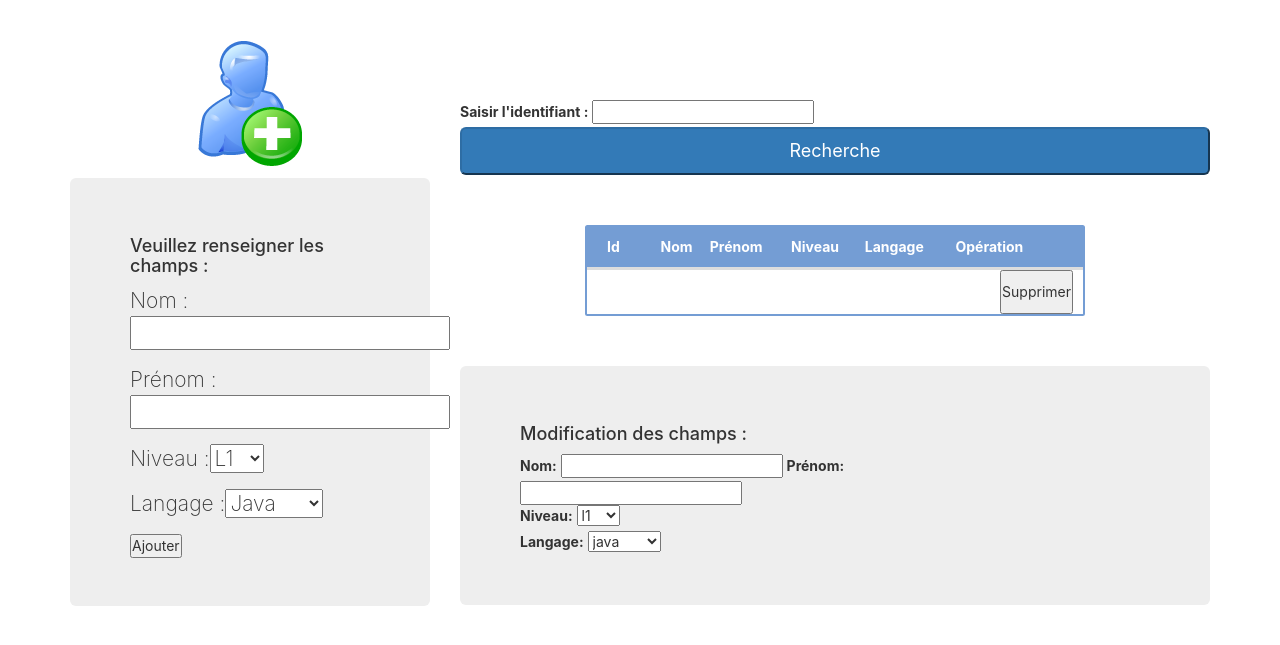
Repository: imouahrani/Gestion-des-stagiaires_JAVAEE
Page: http://localhost/Espace_Stagiaire/TraiteAjout
These files come from the project's save history. The page is drawn as it stood at one moment and after the next save; the edit follows.
The browser window is 1280 px wide. The pictures show the whole page.
The page is served by Tomcat 9. Other server files are loaded and not shown. Queries for data that is not in the repository find no rows.

Above is the page before, as saved 2018-07-26 14:02:41.

### Formation Java Entreprise Edition/Espace Stagiaire/WebContent/AjoutStagiaire.jsp
<%@page import="dz.espacestagiaire.bean.Stagiaire"%>
<%@page import="dz.espacestagiaire.servlet.TraiteStagiaire"%>
<%@page import="java.util.List"%>
<%@ page language="java" contentType="text/html; charset=UTF-8"
	pageEncoding="UTF-8"%>
<!DOCTYPE html PUBLIC "-//W3C//DTD HTML 4.01 Transitional//EN" "http://www.w3.org/TR/html4/loose.dtd">

<html lang="en">
<head>
<meta http-equiv="X-UA-Compatible" content="IE=edge">
<meta name="viewport" content="width=device-width, initial-scale=1">
<!-- The above 3 meta tags *must* come first in the head; any other head content must come *after* these tags -->
<title>Bootstrap 101 Template</title>

<!-- Bootstrap -->
<link href="Assets/css/bootstrap.min.css" rel="stylesheet">
<link href="Assets/css/extable.css" rel="stylesheet">
<!-- HTML5 shim and Respond.js for IE8 support of HTML5 elements and media queries -->
<!-- WARNING: Respond.js doesn't work if you view the page via file:// -->
<!--[if lt IE 9]>
      <script src="https://oss.maxcdn.com/html5shiv/3.7.3/html5shiv.min.js"></script>
      <script src="https://oss.maxcdn.com/respond/1.4.2/respond.min.js"></script>
    <![endif]-->
</head>
<body>
	<br>
	<br>
	<div class="container">
		<div class="row">
			<div class="col-md-4">
				<div class="text-center">
					<p>
						<img src="Images/add-user.png">
					</p>
				</div>
				<div class="jumbotron">
					<h4>Veuillez renseigner les champs :</h4>
					<form action="TraiteAjout" method="post">
						<p>
							Nom :<input type="text" name="nomstg" />
						</p>
						<p>
							Prénom :<input type="text" name="prenomstg" />
						</p>
						<p>
							Niveau :<select name="niveau">
								<option>L1</option>
								<option>L2</option>
								<option>L3</option>
								<option>M1</option>
								<option>M2</option>
							</select>
						</p>
						<p>
							Langage :<select name="langage">
								<option>Java</option>
								<option>Android</option>
								<option>Java EE</option>
							</select>
						</p>
						<input type="submit" value="Ajouter" name="ajouter" />
					</form>

				</div>
			</div>
			<div class="col-md-8">
				<br> <br> <br>
				<form action="TraiteRecherche" method="post">
					<label>Saisir l'identifiant : </label> <input type="number"
						name="recherche" />
					<button class="btn-lg btn-primary btn-block" type="submit"
						name="rechercher" value="rechercher">Recherche</button>
					<table>
						<thead>
							<tr>
								<th>Id</th>
								<th>Nom</th>
								<th>Prénom</th>
								<th>Niveau</th>
								<th>Langage</th>
								<th>Opération</th>
							</tr>
						</thead>
						<tbody>
							<tr>
								<%
									Stagiaire stg = (Stagiaire) request.getAttribute("i");
								%>
								<td>${i.idstg }</td>
								<td>${i.nomstg }</td>
								<td>${i.prenomstg }</td>
								<td>${i.niveau }</td>
								<td>${i.langage }</td>


								<td>

									<form action="TraiteRecherche" method="post">

										<input type="hidden" name="idstg" value="${i.idstg }">
										<input type="hidden" name="supprimer" value="supprimer">





									</form> <input type="submit" name="supprimer" value="Supprimer" />
								</td>
							</tr>
						</tbody>
					</table>
				</form>

				<div class="jumbotron">
					<h4>Modification des champs :</h4>
					<form action="TraiteRecherche" method="post">


						<label>Nom:</label> <input type="text" name="nomstg" value="${i.nomstg}"> <label>Prénom:</label><br>
						<input type="text" name="prenomstg" value ="${i.prenomstg }"><br>


						<label>Niveau:</label>
						<select name ="niveau">
						<option>l1</option>
						<option>l2</option>
						<option>l3</option>
						<option>m1</option>
						<option>m2</option>





						</select><br>


						 <label>Langage:</label>
						<select type="text" name="langage">
						<option>java</option>
						<option>android</option>
						<option>javaee</option>
						</select><br>





					</form>


				</div>
			</div>
		</div>
	</div>

	<!-- jQuery (necessary for Bootstrap's JavaScript plugins) -->
	<script
		src="https://ajax.googleapis.com/ajax/libs/jquery/1.12.4/jquery.min.js"></script>
	<!-- Include all compiled plugins (below), or include individual files as needed -->
	<script src="Assets/js/bootstrap.min.js"></script>
</body>
</html>

### Formation Java Entreprise Edition/Espace Stagiaire/src/dz/espacestagiaire/servlet/TraiteAjout.java
package dz.espacestagiaire.servlet;
import dz.espacestagiaire.modele.*;


import java.io.IOException;

import javax.servlet.ServletException;
import javax.servlet.http.HttpServlet;
import javax.servlet.http.HttpServletRequest;
import javax.servlet.http.HttpServletResponse;

import dz.espacestagiaire.bean.Stagiaire;
import dz.espacestagiaire.modele.MajStagiaire;

public class TraiteAjout extends HttpServlet {

	@Override
	protected void doGet(HttpServletRequest req, HttpServletResponse resp)
			throws ServletException, IOException {

		String nom, prenom, niveau, langage;
		nom = req.getParameter("nomstg");
		prenom = req.getParameter("prenomstg");
		niveau = req.getParameter("niveau");
		langage = req.getParameter("langage");

		Stagiaire stg = new Stagiaire();
		stg.setNomstg(nom);
		stg.setPrenomstg(prenom);
		stg.setNiveau(niveau);
		stg.setLangage(langage);
		MajStagiaire ms = new MajStagiaire();
		ms.AjoutStg(stg);


		TraiteStagiaire ts = new TraiteStagiaire();
		req.setAttribute("liste", ts);
		RecupererStagiaire rs = new RecupererStagiaire();
		req.setAttribute("ListeStagiaire", rs.getStagiaires());

		this.getServletContext().getRequestDispatcher("/AjoutStagiaire.jsp").forward(req, resp);




	}
@Override
protected void doPost(HttpServletRequest req, HttpServletResponse resp)
		throws ServletException, IOException {
	doGet(req, resp);
}
}

### Formation Java Entreprise Edition/Espace Stagiaire/src/dz/espacestagiaire/bean/Stagiaire.java
package dz.espacestagiaire.bean;

public class Stagiaire {

	private int idstg;
	private String nomstg, prenomstg, niveau, langage;
	public int getIdstg() {
		return idstg;
	}
	public void setIdstg(int idstg) {
		this.idstg = idstg;
	}
	public String getNomstg() {
		return nomstg;
	}
	public void setNomstg(String nomstg) {
		this.nomstg = nomstg;
	}
	public String getPrenomstg() {
		return prenomstg;
	}
	public void setPrenomstg(String prenomstg) {
		this.prenomstg = prenomstg;
	}
	public String getNiveau() {
		return niveau;
	}
	public void setNiveau(String niveau) {
		this.niveau = niveau;
	}
	public String getLangage() {
		return langage;
	}
	public void setLangage(String langage) {
		this.langage = langage;
	}
	public Stagiaire() {
		super();
		// TODO Auto-generated constructor stub
	}
	public Stagiaire(int idstg, String nomstg, String prenomstg, String niveau,
			String langage) {
		super();
		this.idstg = idstg;
		this.nomstg = nomstg;
		this.prenomstg = prenomstg;
		this.niveau = niveau;
		this.langage = langage;
	}

}

### Formation Java Entreprise Edition/Espace Stagiaire/src/dz/espacestagiaire/modele/MajStagiaire.java
package dz.espacestagiaire.modele;

import dz.espacestagiaire.bean.Stagiaire;
import java.sql.*;

public class MajStagiaire {
	Connecter connect = new Connecter();
	PreparedStatement stat;
	Statement sta;

	public void AjoutStg(Stagiaire stg) {

		String s = "insert into stagiaire(nomstg,prenomstg,niveau,langage) values(?,?,?,?)";
		try {
			stat = connect.connecterbase().prepareStatement(s);
			stat.setString(1, stg.getNomstg());
			stat.setString(2, stg.getPrenomstg());
			stat.setString(3, stg.getNiveau());
			stat.setString(4, stg.getLangage());
			stat.execute();
			System.out.println("ajout réussi");
		} catch (SQLException e) {
			e.printStackTrace();
			System.err.println("échec d'insertion");
		}

	}

	// supprission d'un stagiaire
	public void SupprimerStg(int idstgg) {
		try {
			sta = connect.connecterbase().createStatement();
			sta.executeUpdate("delete from stagiaire where idstg='" + idstgg
					+ "'");
			System.out.println("Supprission réussie!");
		} catch (SQLException e) {
			// TODO Auto-generated catch block
			e.printStackTrace();
			System.err.println("Echec de supprission" + e.getMessage());
		}
	}

	public Stagiaire RechercherStg(int idstgs) {
		Stagiaire stg = new Stagiaire();
		try {
			sta = connect.connecterbase().createStatement();
			ResultSet res = sta
					.executeQuery("select * from stagiaire where idstg='"
							+ idstgs + "'");

			while (res.next()) {
				stg.setIdstg(res.getInt("idstg"));

				stg.setNomstg(res.getString("nomstg"));
				stg.setPrenomstg(res.getString("prenomstg"));
				stg.setNiveau(res.getString("niveau"));
				stg.setLangage(res.getString("langage"));

			}

		} catch (SQLException e) {
			// TODO Auto-generated catch block
			e.printStackTrace();
		}
		return stg;

	}

	public void modifierStagiaire(int id, Stagiaire stg) {
		try {
			sta = connect.connecterbase().createStatement();
			sta.executeUpdate("update stagiaire set nomstg = '" + stg.getNomstg()
					+ "',prenomstg ='" + stg.getPrenomstg() + "',niveau ='"
					+ stg.getNiveau() + "',langage ='" + stg.getLangage()
					+ "' where idstg ='" + id+"'");
			System.out.println("modif reussie !");

		} catch (Exception e) {
			System.err.println("echec !"+e.getMessage());
		}

	}

	public static void main(String[] args) {

		MajStagiaire m = new MajStagiaire();
		Stagiaire stg = new Stagiaire();
		stg.setNomstg("imene") ;
		stg.setPrenomstg("imene");
		stg.setNiveau("l2");
		stg.setLangage("java");
		MajStagiaire ms = new MajStagiaire();
		ms.modifierStagiaire(12, stg);


	}
}

### Formation Java Entreprise Edition/Espace Stagiaire/src/dz/espacestagiaire/modele/Connecter.java
package dz.espacestagiaire.modele;

import java.sql.*;

import dz.espacestagiaire.bean.Stagiaire;

public class Connecter {
	Connection connecte;

	public Connecter() {


		try {

			Class.forName("com.mysql.jdbc.Driver");
			System.out.println("Connexion au serveur réussie");

		} catch (Exception e) {
			System.err.println("echec de connexion" + e.getMessage());
		}

		try {

			connecte = DriverManager.getConnection(
					"jdbc:mysql://localhost:3306/espace_stagiaire", "root", "");
			System.out.println("Connexion a la base réussie");

		} catch (Exception e) {
			System.err.println("echec de connexion a la base de donnees" + e.getMessage());

		}
	}
	public Connection connecterbase() {

		return connecte;

	}

}

### Formation Java Entreprise Edition/Espace Stagiaire/src/dz/espacestagiaire/modele/RecupererStagiaire.java
package dz.espacestagiaire.modele;

import dz.espacestagiaire.bean.Stagiaire;

import java.awt.*;
import java.sql.ResultSet;
import java.sql.SQLException;
import java.util.ArrayList;
import java.util.List;

public class RecupererStagiaire {

	public List<Stagiaire> getStagiaires() {
		List<Stagiaire> listesta = new ArrayList<Stagiaire>();

		java.sql.Statement sta;
		ResultSet resultat;
		Connecter connect = new Connecter();
		try {
			sta = connect.connecterbase().createStatement();
			resultat = sta.executeQuery("select * from stagiaire");
			while (resultat.next()) {

				int idstg = (int) resultat.getObject("idstg");
				String nomstg = (String) resultat.getObject("nomstg");
				String prenomstg = (String) resultat.getObject("prenomstg");
				String niveau = (String) resultat.getObject("niveau");
				String langage = (String) resultat.getObject("langage");

				Stagiaire stg = new Stagiaire();
				stg.setIdstg(idstg);
				stg.setNomstg(nomstg);
				stg.setPrenomstg(prenomstg);
				stg.setNiveau(niveau);
				stg.setLangage(langage);

				listesta.add(stg);

			}

		} catch (SQLException e) {
		}

		return listesta;
	}

}

### Formation Java Entreprise Edition/Espace Stagiaire/WebContent/Assets/css/extable.css
@CHARSET "UTF-8";
* {
  margin: 0;
  padding: 0;
  box-sizing: border-box;
}

body {
  font-family: -apple-system, BlinkMacSystemFont, "Segoe UI", Roboto, "Helvetica Neue", Arial, sans-serif;
  color: #333;

}

table {
  text-align: center;
  line-height: 40px;
  border-collapse: separate;
  border-spacing: 0;
  border: 2px solid #749dd4;
  width: 500px;
  margin: 50px auto;
  border-radius: .25rem;
}

thead tr:first-child {
  background: #749dd4;
  color: #fff;
  border: none;
}

th:first-child,
td:first-child {
  padding: 0 15px 0 20px;
}

thead tr:last-child th {
  border-bottom: 3px solid #ddd;
}

tbody tr:hover {
  background-color: #f2f2f2;
  cursor: default;
}

tbody tr:last-child td {
  border: none;
}

tbody td {
  border-bottom: 1px solid #ddd;
}

td:last-child {
  text-align: right;
  padding-right: 10px;
}

.button {
  color: #aaa;
  cursor: pointer;
  vertical-align: middle;
  margin-top: -4px;
}

.edit:hover {
  color: #0a79df;
}

.delete:hover {
  color: #dc2a2a;
}

Loaded but not shown: Formation Java Entreprise Edition/Espace Stagiaire/WebContent/Assets/css/bootstrap.min.css (library); Formation Java Entreprise Edition/Espace Stagiaire/WebContent/Assets/js/bootstrap.min.js (library)

After the next save:
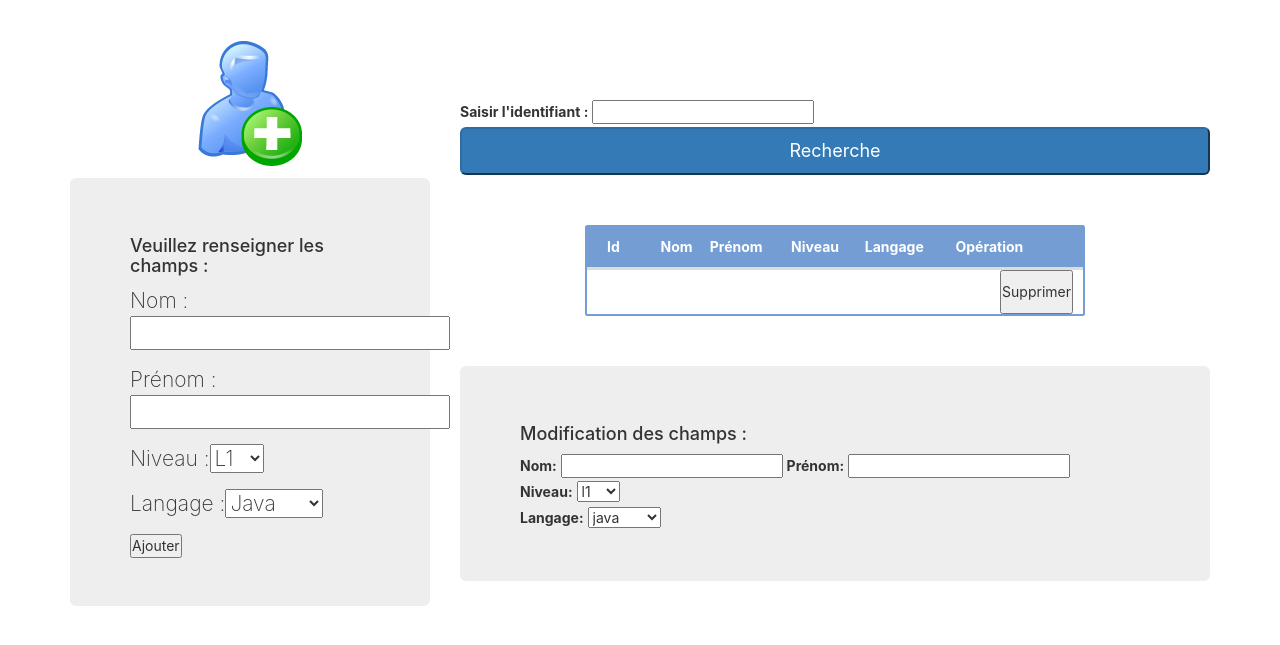
Saved 25 s later.
--- a/Formation Java Entreprise Edition/Espace Stagiaire/WebContent/AjoutStagiaire.jsp
+++ b/Formation Java Entreprise Edition/Espace Stagiaire/WebContent/AjoutStagiaire.jsp
@@ -116,7 +116,8 @@
 					<form action="TraiteRecherche" method="post">
 
 
-						<label>Nom:</label> <input type="text" name="nomstg" value="${i.nomstg}"> <label>Prénom:</label><br>
+						<label>Nom:</label> <input type="text" name="nomstg" value="${i.nomstg}">
+						<label>Prénom:</label>
 						<input type="text" name="prenomstg" value ="${i.prenomstg }"><br>
 
 
